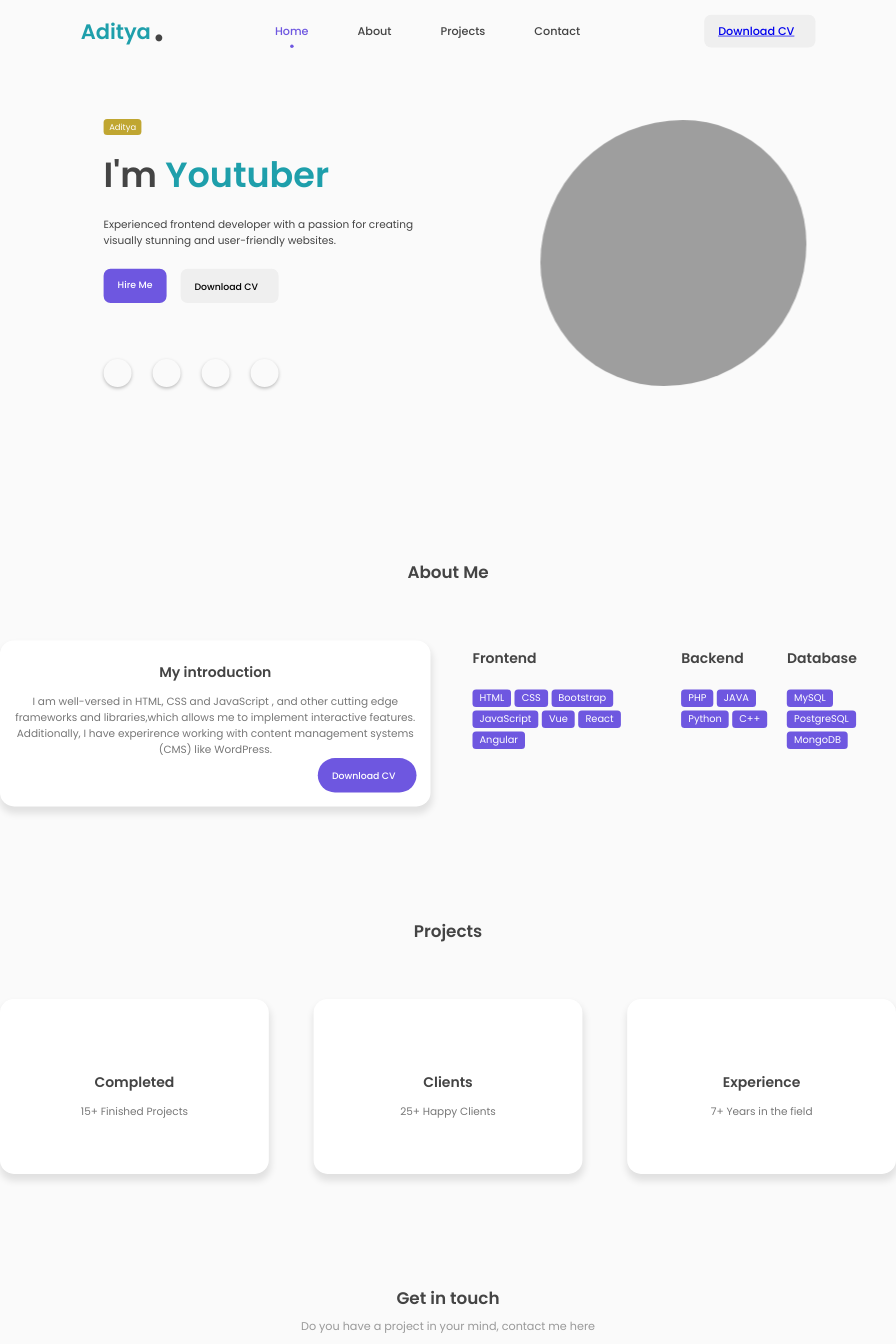
Repository: 4Kbrain/Portofolio
Page: index.html
The author's editor kept a copy of each file at every save. The page is drawn from the files as they stood at one save, then again after the next save.
The browser window is 1280 px wide. The pictures show the part of the page from y = 0 to 1920 px (the page is 2767 px tall), at 70% of full size.
Pictures or frames that could not be fetched are drawn as grey boxes. Some icons come from a web library that is not loaded, so they are not drawn.

Above is the page before, as saved 2024-05-15 08:55:07.

After the next save:
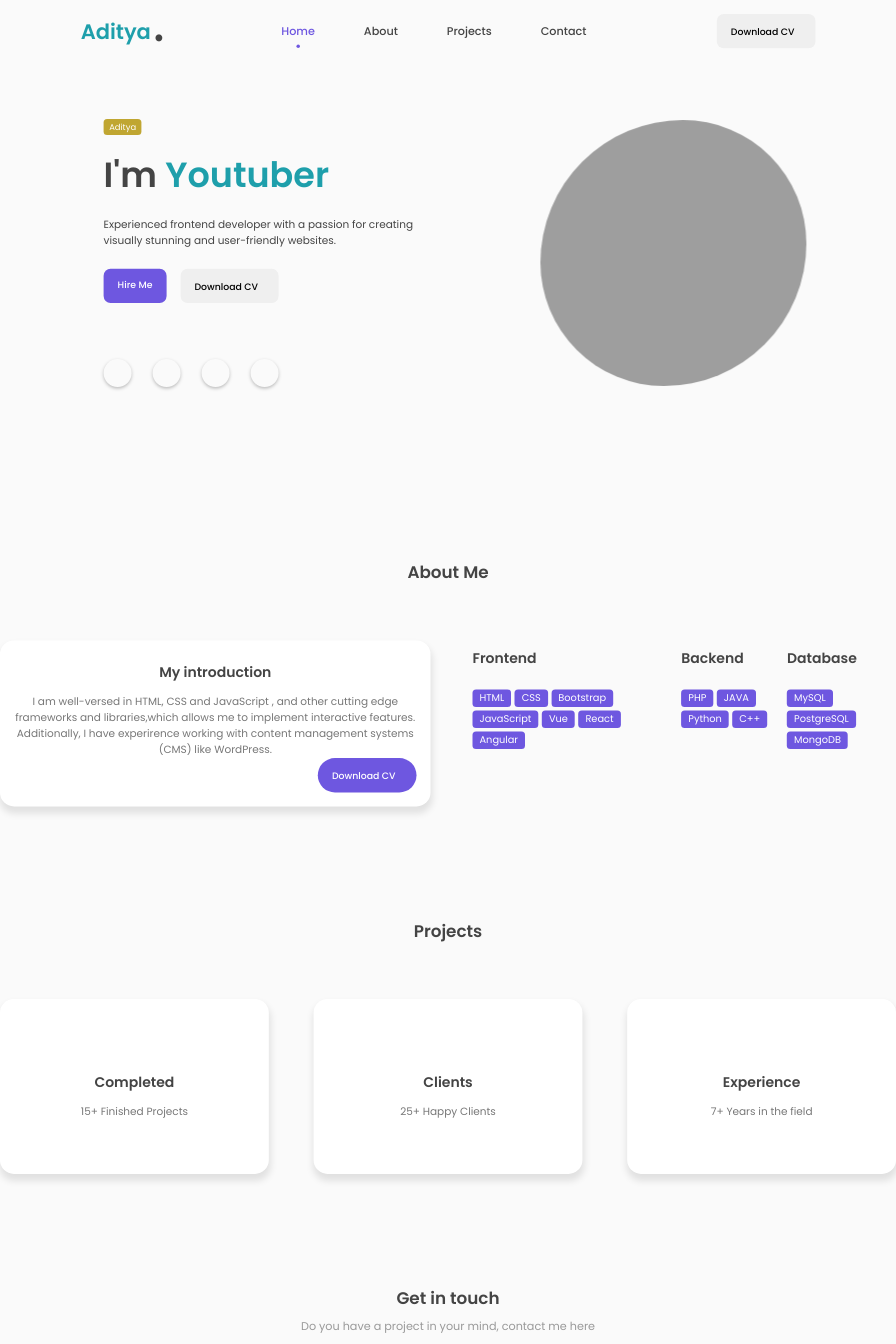
Console error: TypeError: Cannot read properties of null (reading 'addEventListener')
Saved 14 s later.
--- a/index.html
+++ b/index.html
@@ -38,8 +38,7 @@
             </ul>
         </div>
         <div class="nav-button">
-            <a id="downloadCVButton" href="assets/CV/Aditya%20CV.pdf" download="CV.pdf" class="btn">Download CV <i class="uil uil-file-alt"></i></a>
-
+            <button class="btn">Download CV <i class="uil uil-file-alt"></i></button>
         </div>
         <div class="nav-menu-btn">
             <i class="uil uil-bars" onclick="myMenuFunction()"></i>

After the 4 saves that followed:
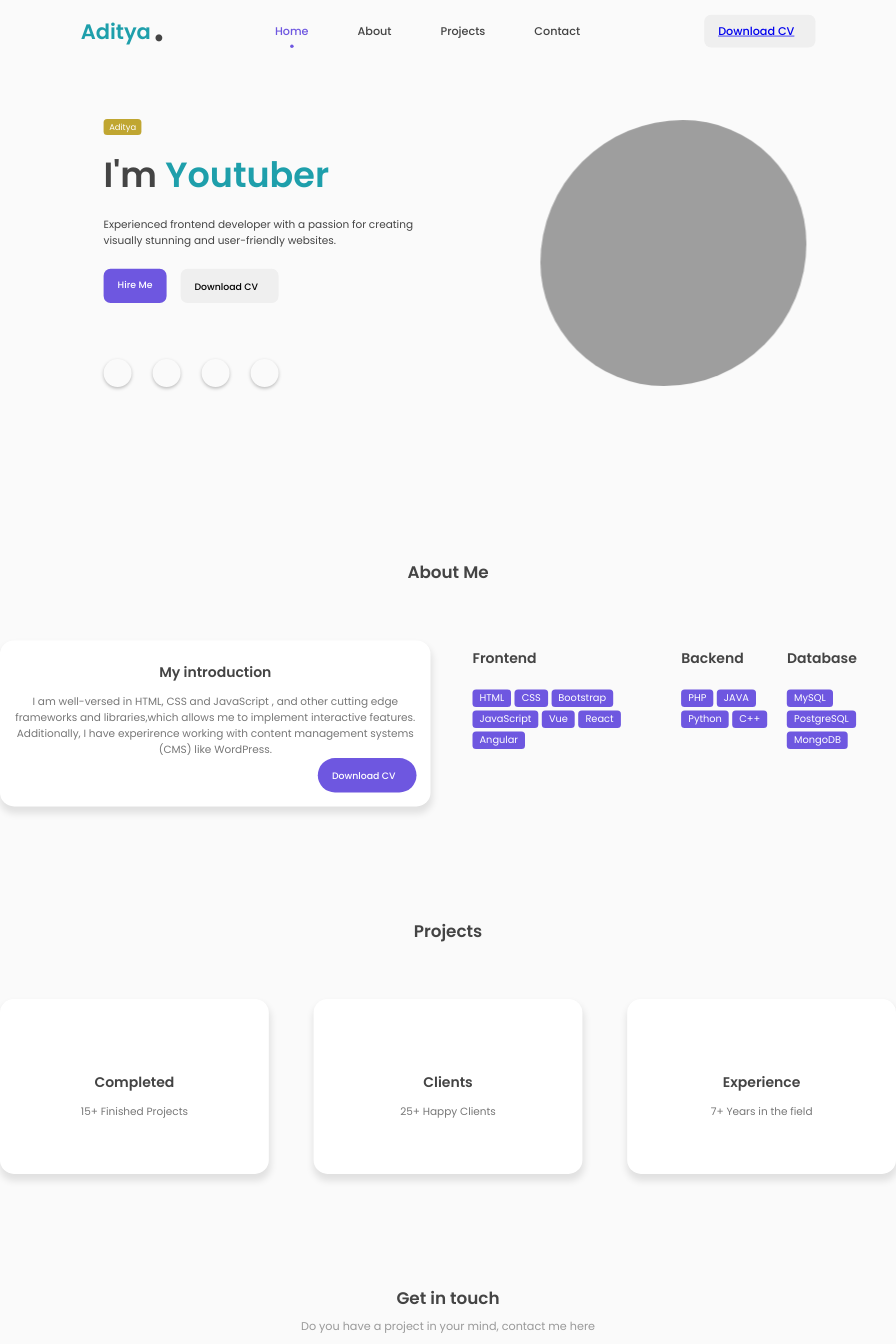
The error is gone.
The 4 saves are shown as one change because they came seconds apart.
The last was saved 11 s later.
--- a/index.html
+++ b/index.html
@@ -38,7 +38,7 @@
             </ul>
         </div>
         <div class="nav-button">
-            <button class="btn">Download CV <i class="uil uil-file-alt"></i></button>
+            <a id="downloadCVButton" href="assets/CV/Aditya%20CV.pdf" download="CV.pdf" class="btn">Download CV <i class="uil uil-file-alt"></i></a>
         </div>
         <div class="nav-menu-btn">
             <i class="uil uil-bars" onclick="myMenuFunction()"></i>
